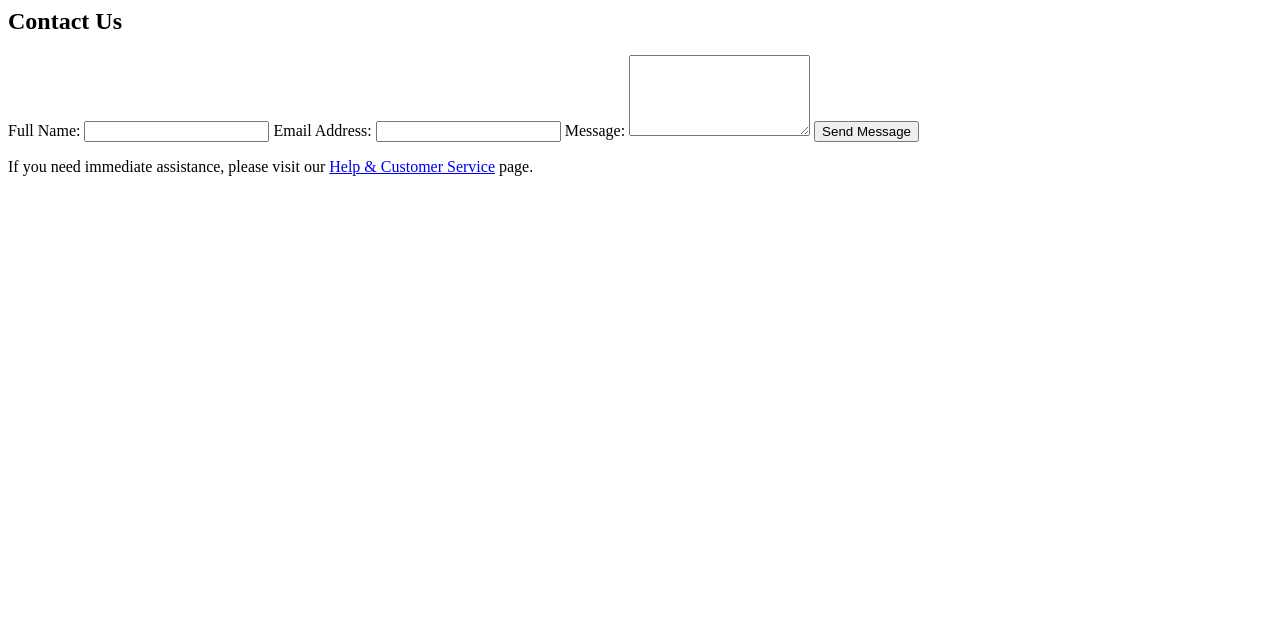
Repository: Shivanibasireddy/Software-Examples
Page: SpringBootMvctest/src/main/resources/static/ContactUs.html
An editor plug-in stored every save of this project. The page is shown before and after the next save, followed by the edit.
The browser window is 1280 px wide. The pictures show the whole page.

Above is the page before, as saved 2024-12-19 10:23:07.

### SpringBootMvctest/src/main/resources/static/ContactUs.html
<html lang="en">
<head>
	<title>Contact Us - Amazon</title>
</head>
<body>

    <div class="contact-container">
        <h2>Contact Us</h2>
        <form action="submit_contact_form.php" method="POST">
            <label for="name">Full Name:</label>
            <input type="text" id="name" name="name" required>

            <label for="email">Email Address:</label>
            <input type="email" id="email" name="email" required>

            <label for="message">Message:</label>
            <textarea id="message" name="message" rows="5" required></textarea>

            <button type="submit">Send Message</button>
        </form>

        <div class="footer">
            <p>If you need immediate assistance, please visit our <a href="https://www.amazon.com/gp/help/customer/display.html" target="_blank">Help & Customer Service</a> page.</p>
        </div>
    </div>

</body>
</html>

After the next save:
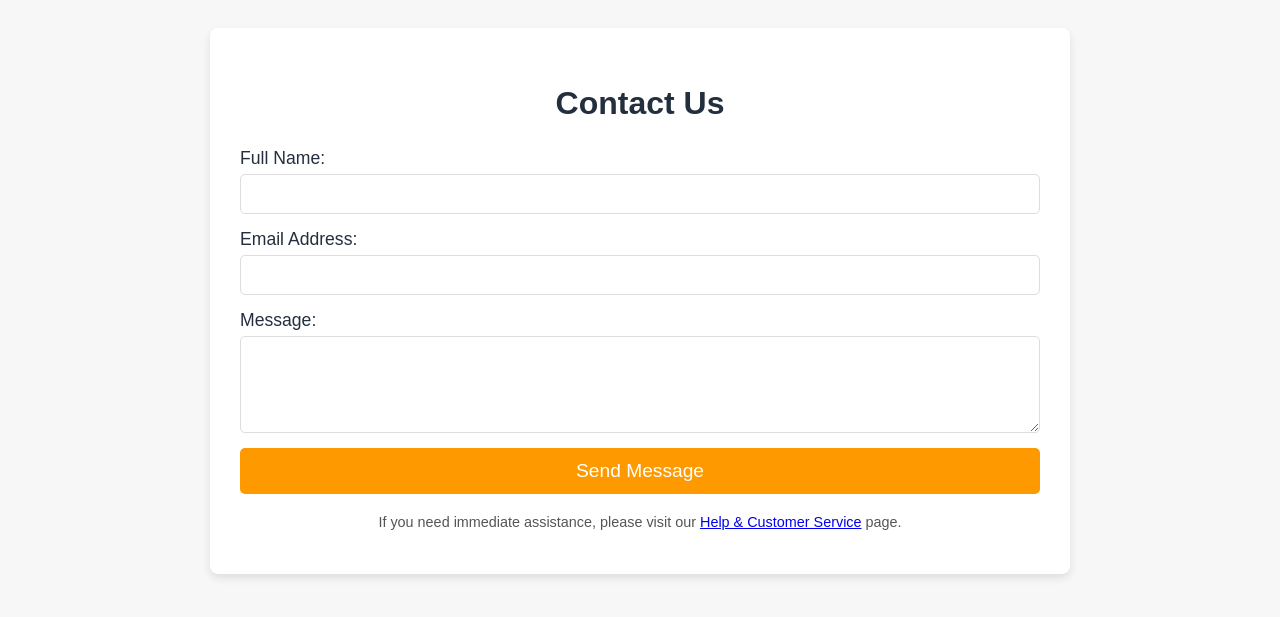
Saved 38 s later.
--- a/SpringBootMvctest/src/main/resources/static/ContactUs.html
+++ b/SpringBootMvctest/src/main/resources/static/ContactUs.html
@@ -1,6 +1,61 @@
 <html lang="en">
-<head>
 	<title>Contact Us - Amazon</title>
+	<style>
+	        body{
+	            font-family: Arial, sans-serif;
+	            background-color: #f7f7f7;
+	            padding: 20px;
+	            }
+	            .contact-container {
+	            max-width: 800px;
+	            margin: 0 auto;
+	            background-color: #ffffff;
+	            padding: 30px;
+	            box-shadow: 0 4px 8px rgba(0, 0, 0, 0.1);
+	            border-radius: 8px;
+	           }
+	        h2 {
+	            color: #232f3e;
+	            font-size: 2em;
+	            text-align: center;
+	           }
+	      label{
+	            font-size: 1.1em;
+	            color: #232f3e;
+	            display: block;
+	            margin-bottom: 5px;
+	           }
+	        input[type="text"], input[type="email"], textarea {
+	            width: 100%;
+	            padding: 10px;
+	            margin-bottom: 15px;
+	            border: 1px solid #ddd;
+	            border-radius: 5px;
+	            font-size: 1em;
+	        }
+	        textarea {
+	            resize: vertical;
+	        }
+	        button {
+	            background-color: #ff9900;
+	            color: white;
+	            padding: 12px;
+	            font-size: 1.2em;
+	            border: none;
+	            border-radius: 5px;
+	            cursor: pointer;
+	            width: 100%;
+	        }
+	        button:hover {
+	            background-color: #e68900;
+	        }
+	        .footer {
+	            text-align: center;
+	            margin-top: 20px;
+	            font-size: 0.9em;
+	            color: #555;
+	        }
+	    </style>
 </head>
 <body>
 
